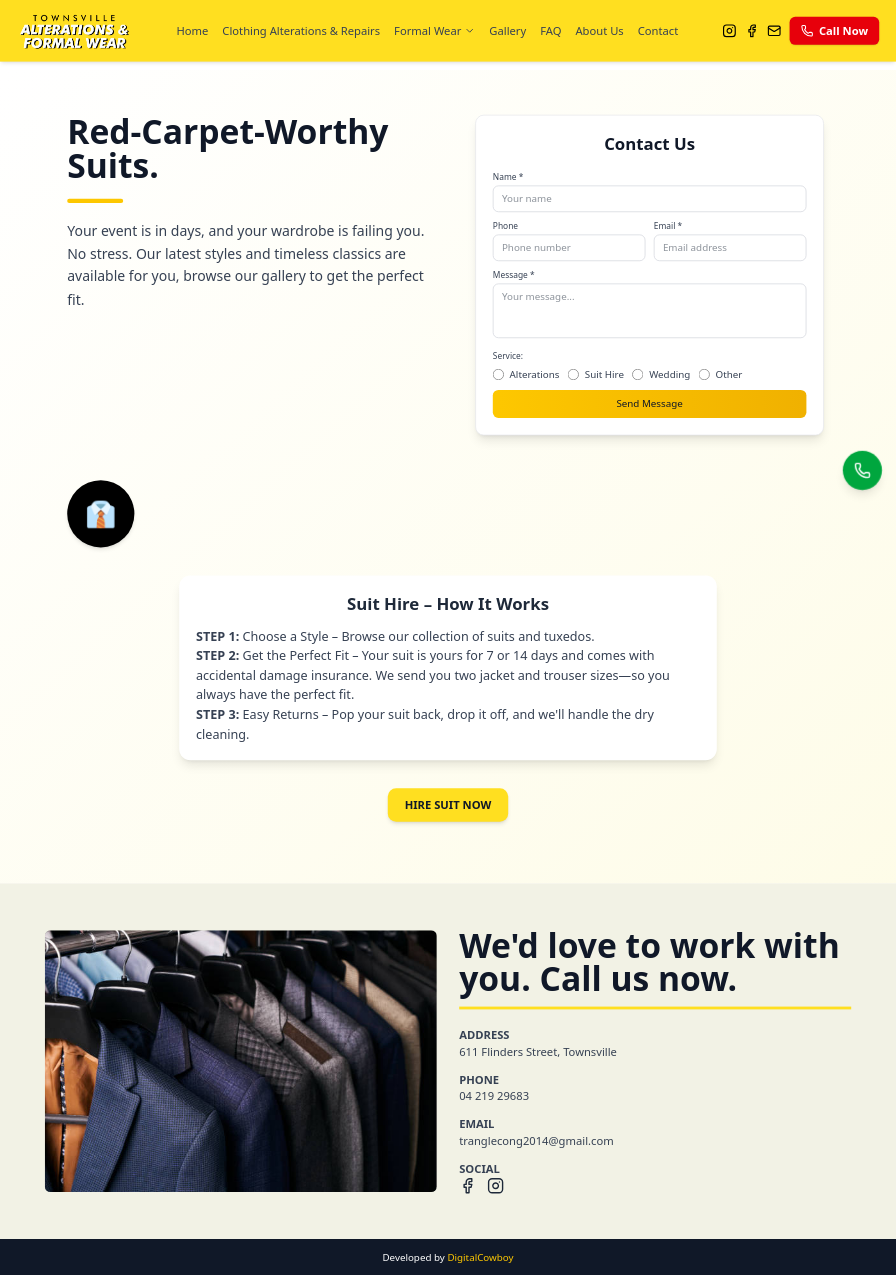
Repository: tarekhasan1/townsville-alteration
Page: /suit-hire
The author's editor kept a copy of each file at every save. The page is drawn from the files as they stood at one save, then again after the next save.
The browser window is 1280 px wide. The pictures show the whole page, at 70% of full size.
The page's requests for data from a server got no answer. The project was rebuilt for these pictures with package versions that can differ from the ones it lists, and the page was loaded fresh each time. The framework's server and built-in components were replaced by stand-ins that run in the browser. No one was signed in, and anything a server would have sent is missing. Also part of the build but not shown: next.config.ts.

Above is the page before, as saved 2026-01-31 11:09:42.

After the next save:
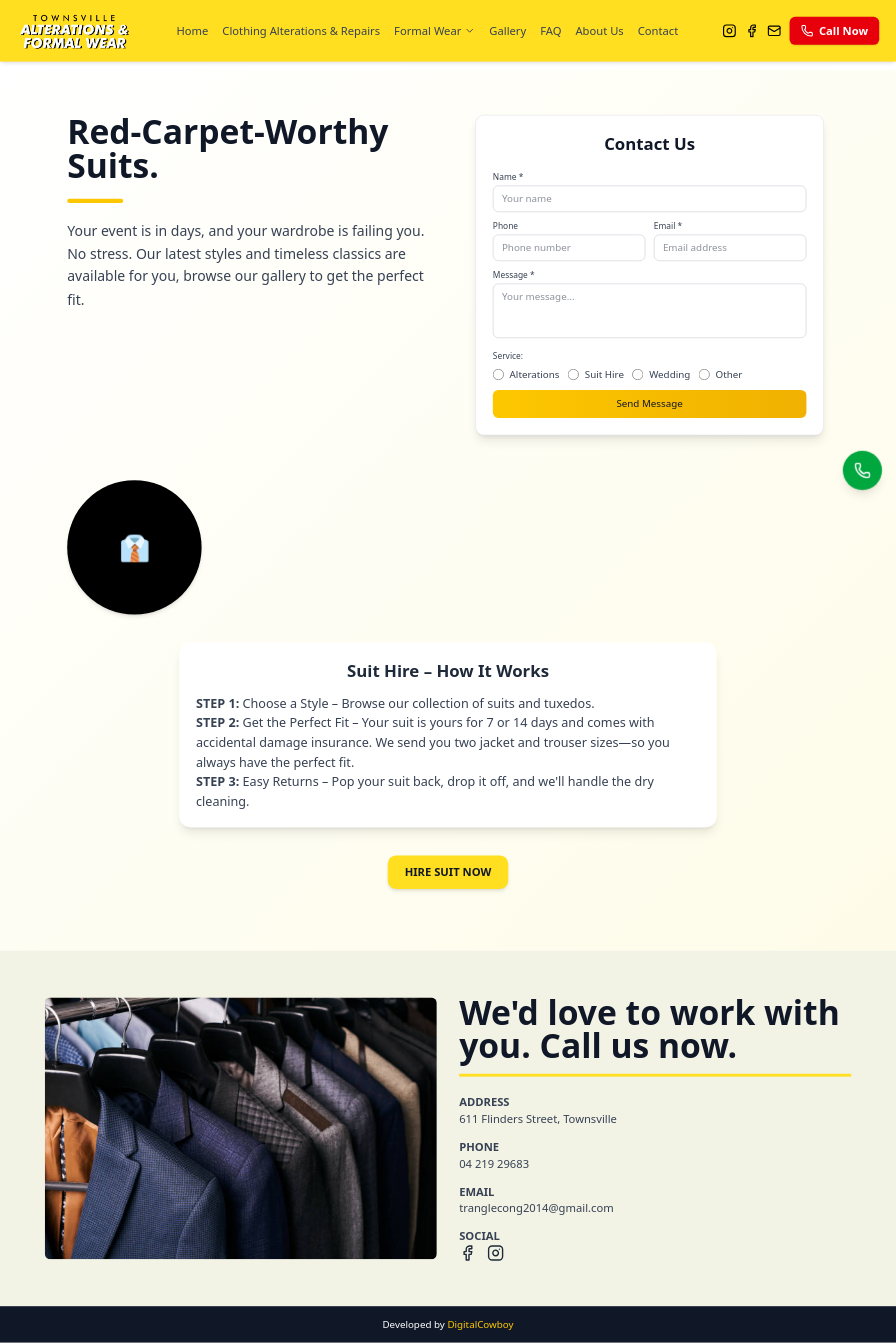
Saved 60 s later.
--- a/src/components/SuitHireSection.tsx
+++ b/src/components/SuitHireSection.tsx
@@ -45,7 +45,7 @@ export default function SuitHireSection() {
         {/* How It Works Section */}
                     {/* Suit Icon */}
             <div className="flex justify-center lg:justify-start my-10" role="img" aria-label="Suit icon">
-              <div className="w-24 h-24 bg-black rounded-full flex items-center justify-center shadow-md">
+              <div className="w-24 md:w-48 h-24 md:h-48 bg-black rounded-full flex items-center justify-center shadow-md">
                 <span className="text-white text-4xl">👔</span>
               </div>
             </div>
